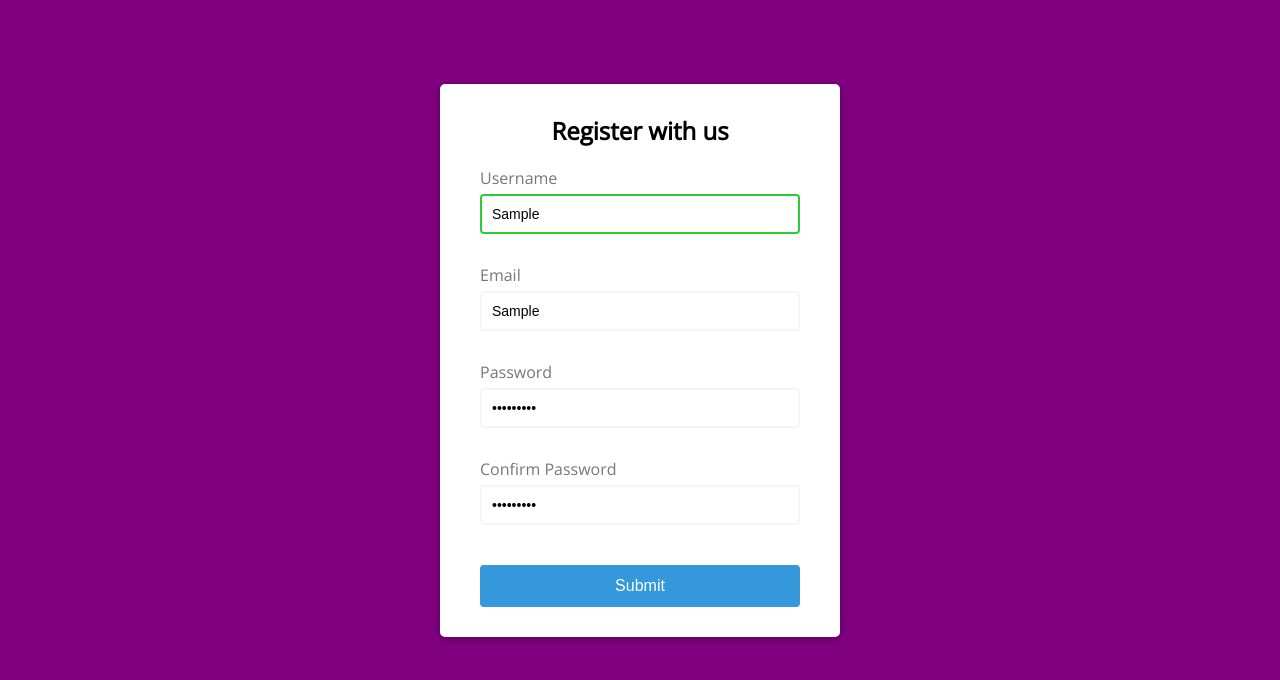
Repository: Azariagmt/Vanilla-javascript
Page: Form-Validator/index.html
An editor plug-in stored every save of this project. The page is shown before and after the next save, followed by the edit.
The browser window is 1280 px wide. The pictures show the whole page.
Empty fields were first filled with sample values (such as "Sample", 5 or name@example.com).
After loading, the first visible `#form` was submitted once.

Above is the page before, as saved 2020-04-21 12:34:40.

After the next save:
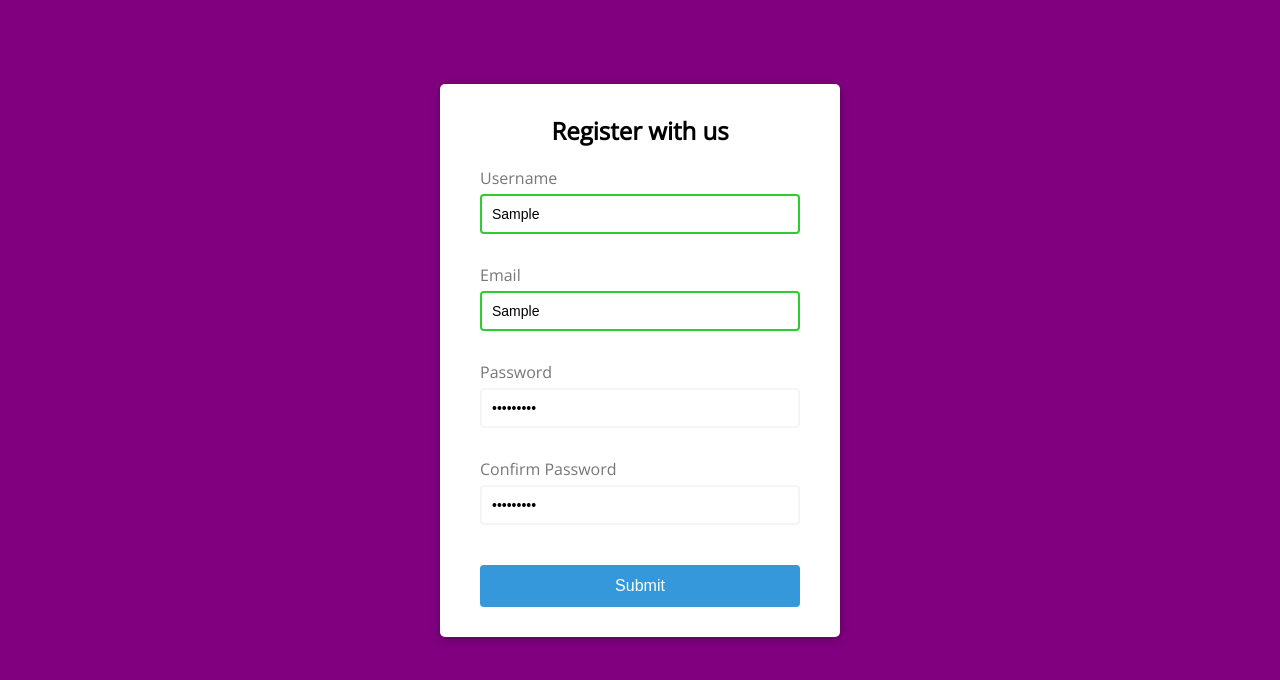
Saved 27 s later.
--- a/Form-Validator/script.js
+++ b/Form-Validator/script.js
@@ -27,9 +27,9 @@ form.addEventListener('submit', function(e){
     }
 
     if(email.value === ''){
-        showError(username,'Username is required');
+        showError(email,'email is required');
     }else{
-        showSuccess(username);
+        showSuccess(email);
     }
 
     if(password.value === ''){
